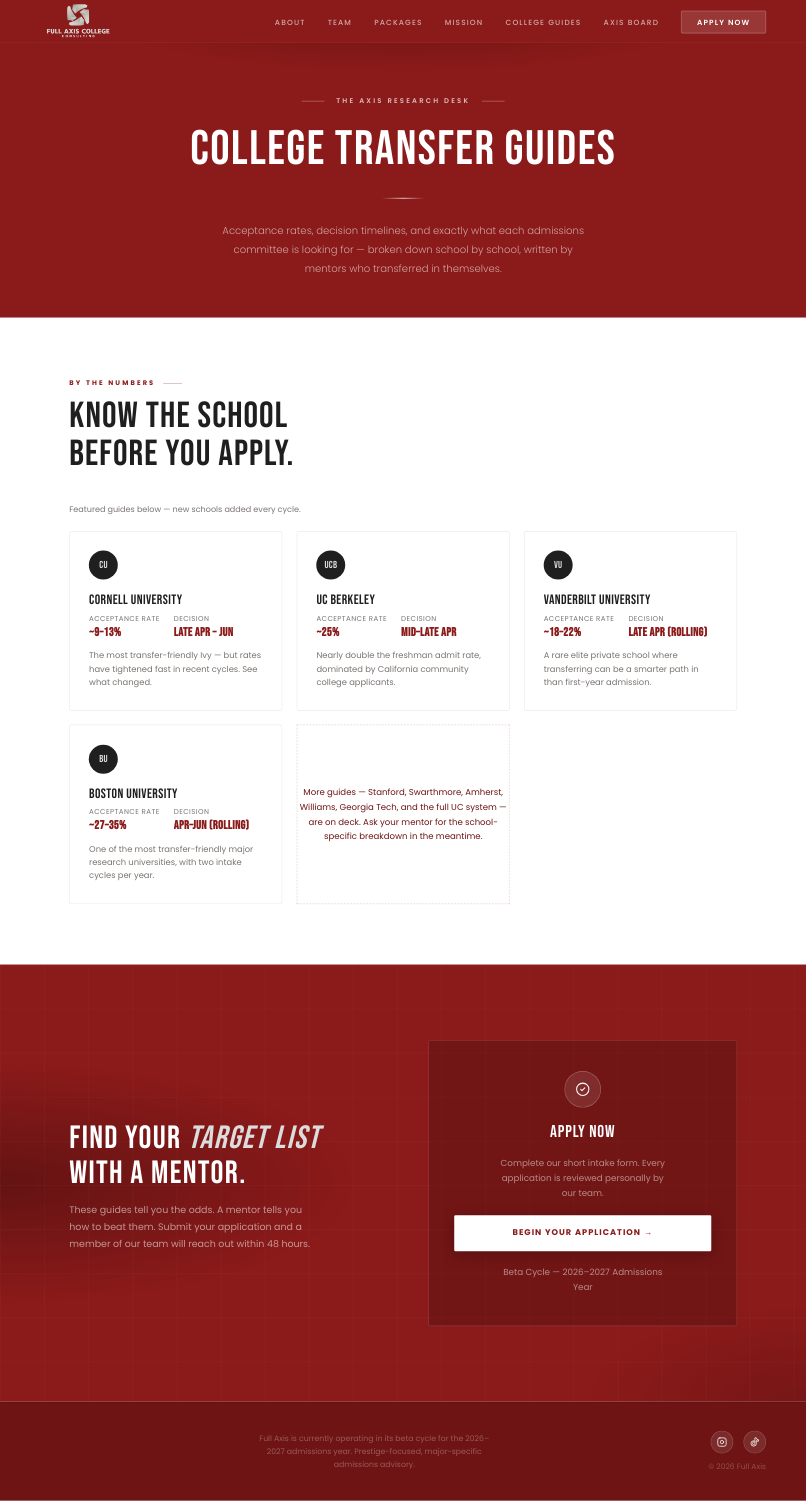
Repository: epeguero8311/cesar
Page: college-guides/index.html
An editor plug-in stored every save of this project. The page is shown before and after the next save, followed by the edit.
The browser window is 1280 px wide. The pictures show the whole page, at 63% of full size.

Above is the page before, as saved 2026-07-11 15:40:40.

After the next save:
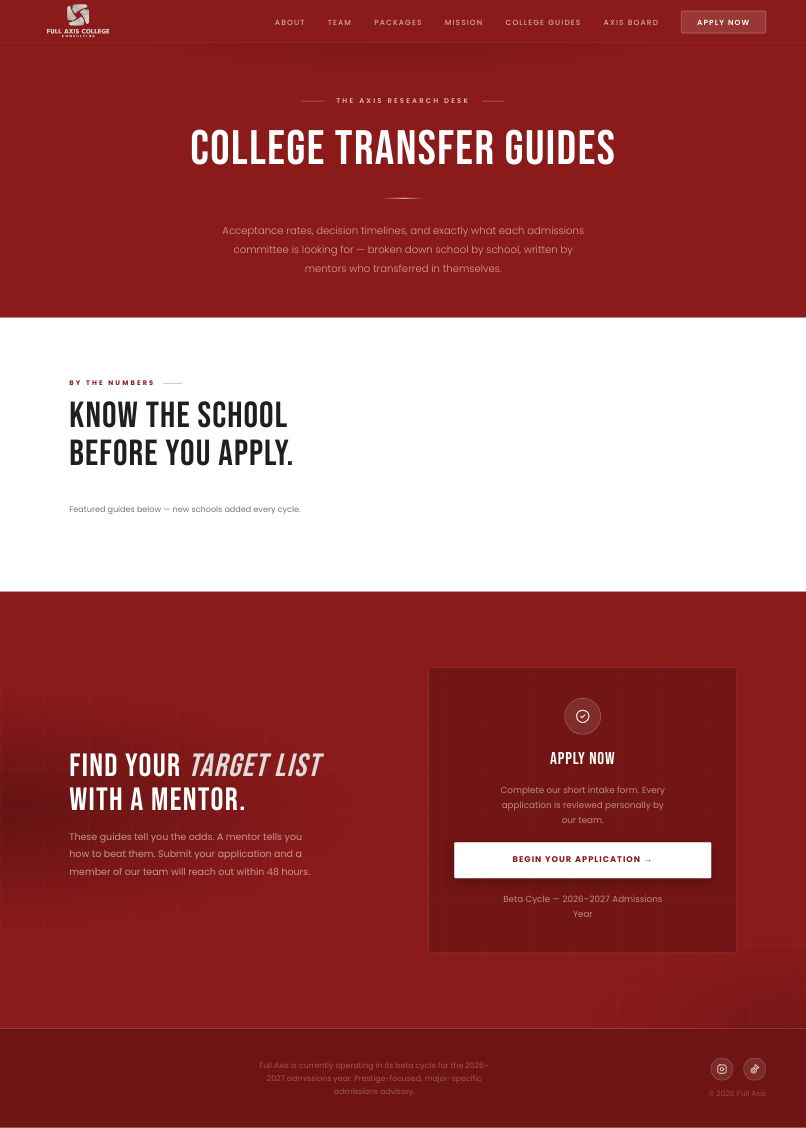
Saved 87 s later.
--- a/college-guides/index.html
+++ b/college-guides/index.html
@@ -123,11 +123,6 @@
       </a>
     `).join('');
 
-    grid.innerHTML = cardsHtml + `
-      <div class="guide-card-more">
-        More guides — Stanford, Swarthmore, Amherst, Williams, Georgia Tech, and the full UC system — are on deck. Ask your mentor for the school-specific breakdown in the meantime.
-      </div>
-    `;
   } catch (err) {
     console.error('Failed to load guides data:', err);
     grid.innerHTML = '<p>Guides are temporarily unavailable — please check back shortly.</p>';

After the save that followed:
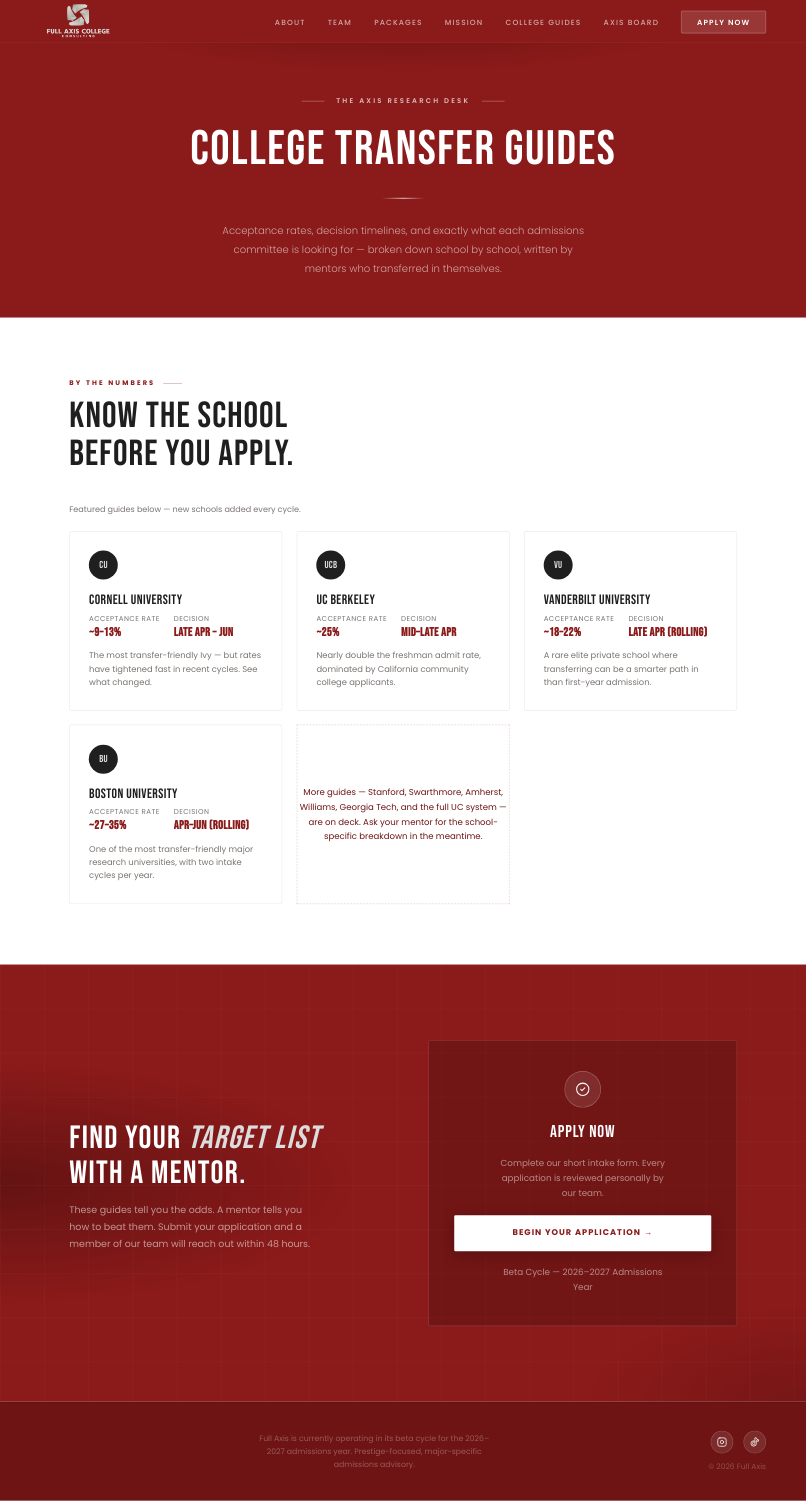
Saved 4 s later.
--- a/college-guides/index.html
+++ b/college-guides/index.html
@@ -123,6 +123,11 @@
       </a>
     `).join('');
 
+    grid.innerHTML = cardsHtml + `
+      <div class="guide-card-more">
+        More guides — Stanford, Swarthmore, Amherst, Williams, Georgia Tech, and the full UC system — are on deck. Ask your mentor for the school-specific breakdown in the meantime.
+      </div>
+    `;
   } catch (err) {
     console.error('Failed to load guides data:', err);
     grid.innerHTML = '<p>Guides are temporarily unavailable — please check back shortly.</p>';
